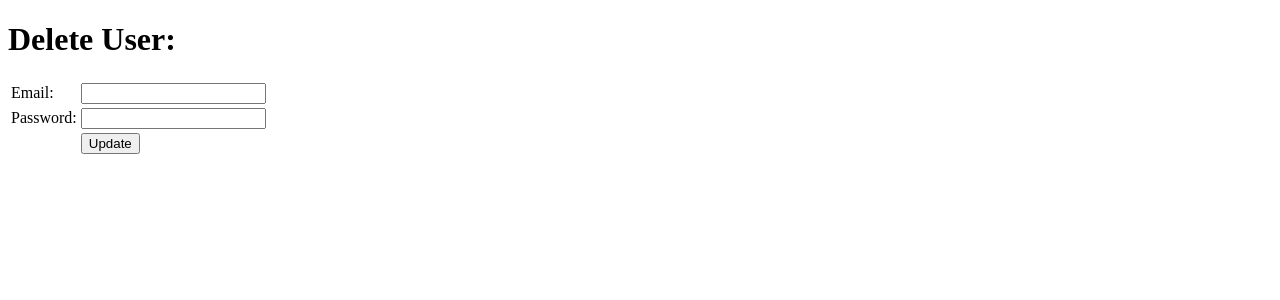
Repository: callgp/bt_servlet_jsp_jdbc
Page: InitServletEx/WebContent/deleteUser.html
These files come from the project's save history. The page is drawn as it stood at one moment and after the next save; the edit follows.
The browser window is 1280 px wide. The pictures show the whole page.

Above is the page before, as saved 2020-06-17 22:29:45.

After the next save:
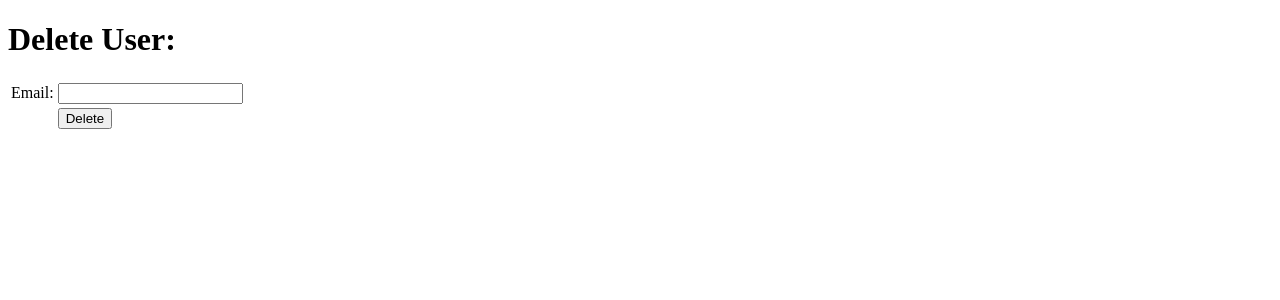
Saved 7 s later.
--- a/InitServletEx/WebContent/deleteUser.html
+++ b/InitServletEx/WebContent/deleteUser.html
@@ -13,13 +13,13 @@
 				<td><input name="email" /></td>
 			</tr>
 
-			<tr>
+			<!-- <tr>
 				<td>Password:</td>
 				<td><input name="password" type="password" /></td>
-			</tr>
+			</tr>-->
 			<tr>
 				<td />
-				<td><input type="submit" value="Update" /></td>
+				<td><input type="submit" value="Delete" /></td>
 		</table>
 	</form>
 </body>
